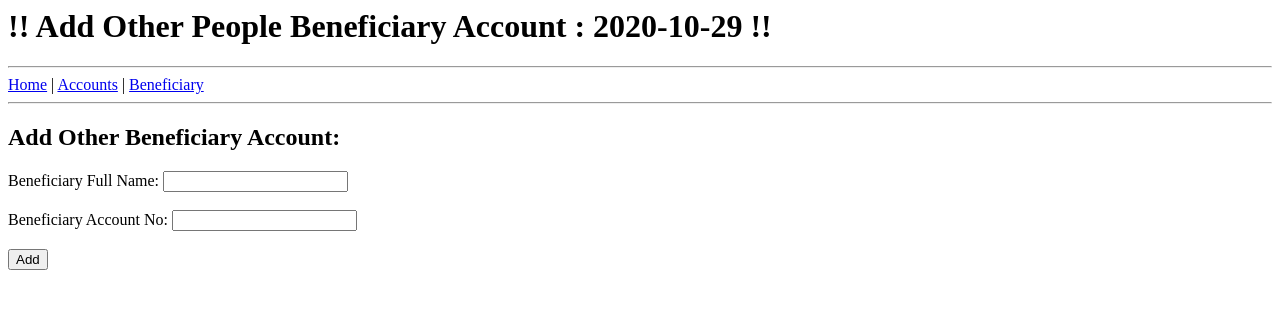
Repository: anik84/ibs
Page: http://localhost/IBS/user_add_other_bank_beneficiary_account_form.jsp
The author's editor kept a copy of each file at every save. The page is drawn from the files as they stood at one save, then again after the next save.
The browser window is 1280 px wide. The pictures show the whole page.
The page is served by Tomcat 9.

Above is the page before, as saved 2020-11-01 08:15:45.

After the next save:
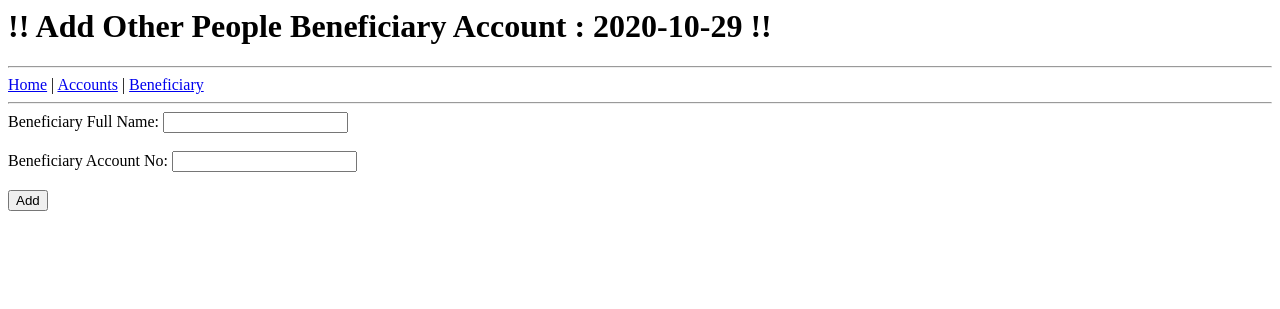
Saved 7 min 44 s later.
--- a/IBS_JSPs/IBS/WebContent/user_add_other_bank_beneficiary_account_form.jsp
+++ b/IBS_JSPs/IBS/WebContent/user_add_other_bank_beneficiary_account_form.jsp
@@ -11,7 +11,6 @@
 	</h1>
 	<jsp:include page="user_home_menu.jsp" />
 
-	<h2>Add Other Beneficiary Account:</h2>
 	<form action="addotherbenefacct" method="POST">
 		<div>
 			<label>Beneficiary Full Name: </label> <input type="text" name="otherPeopleBenefFullName"
